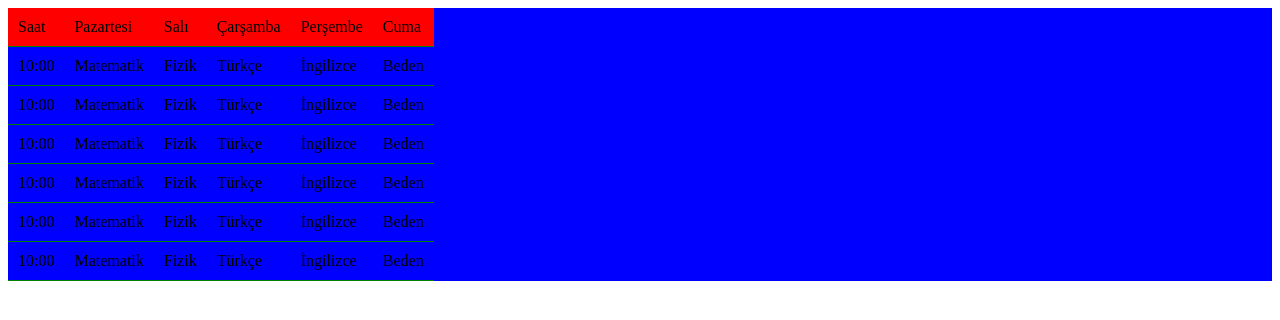
Repository: ahmetbugraozcan/css-ders-programi
Page: deneme2.html
The author's editor kept a copy of each file at every save. The page is drawn from the files as they stood at one save, then again after the next save.
The browser window is 1280 px wide. The pictures show the whole page.

Above is the page before, as saved 2021-07-10 14:33:32.

After the next save:
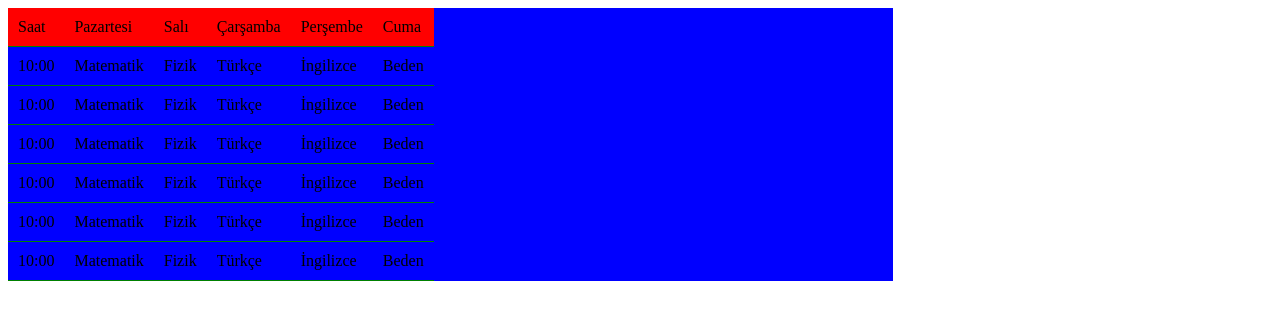
Saved 5 s later.
--- a/deneme2.html
+++ b/deneme2.html
@@ -16,7 +16,7 @@
             flex-direction: row;
             flex-wrap: wrap;
             background-color: blue;
-            width: 100%;
+            width: 70%;
         }
         .row > div > div{
             border-bottom: 1px solid green;

After the 2 saves that followed:
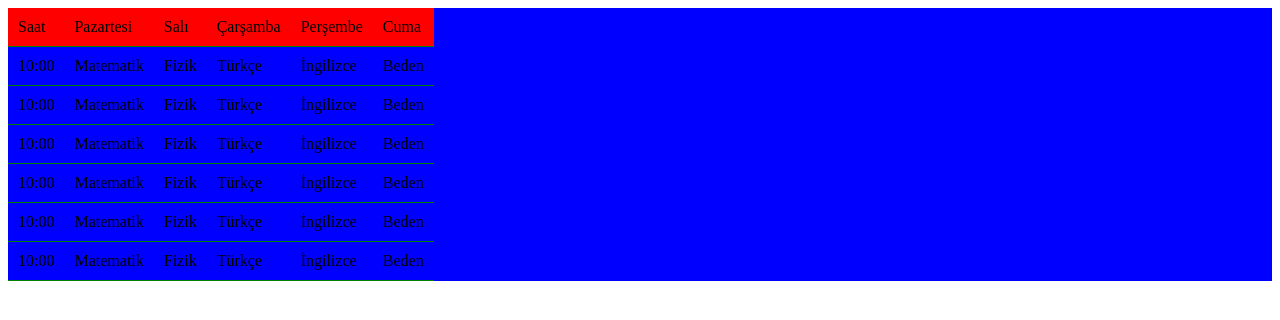
The 2 saves are shown as one change because they came seconds apart.
The last was saved 9 s later.
--- a/deneme2.html
+++ b/deneme2.html
@@ -16,7 +16,7 @@
             flex-direction: row;
             flex-wrap: wrap;
             background-color: blue;
-            width: 70%;
+            min-width: 100px;
         }
         .row > div > div{
             border-bottom: 1px solid green;
